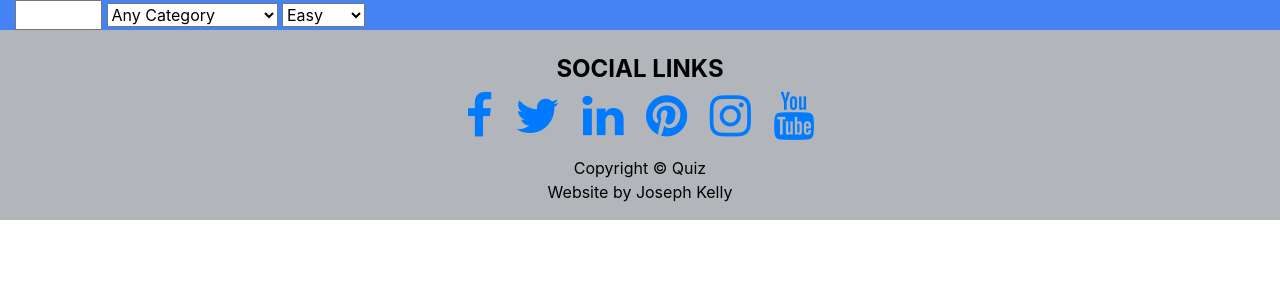
Repository: Code-Institute-Submissions/quiz-1
Page: load.html
The author's editor kept a record of every edit. The page is drawn from the files as they stood at one moment, then again after the next edit.
The browser window is 1280 px wide. The pictures show the whole page.

Above is the page before.

After the next edit:
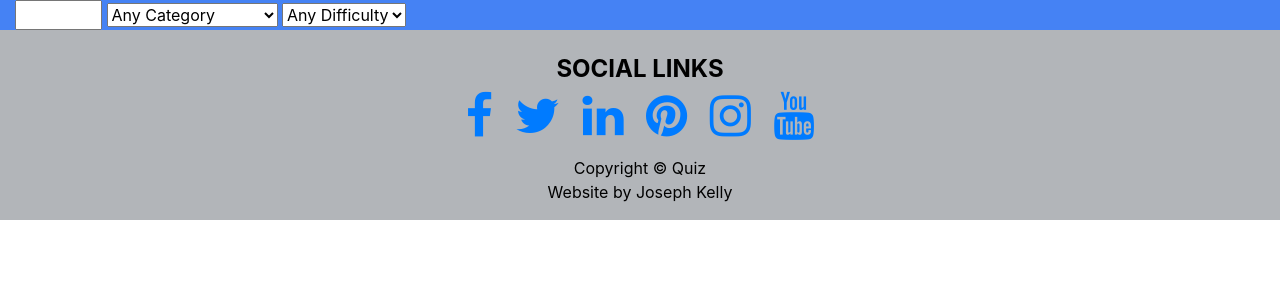
The edit:
--- a/load.html
+++ b/load.html
@@ -38,6 +38,7 @@
             <option value="vehicles">Vehicles</option>
         </select>
         <select>
+            <option value="any-difficulty">Any Difficulty</option>
             <option value="easy">Easy</option>
             <option value="medium">Medium</option>
             <option value="hard">Hard</option>
